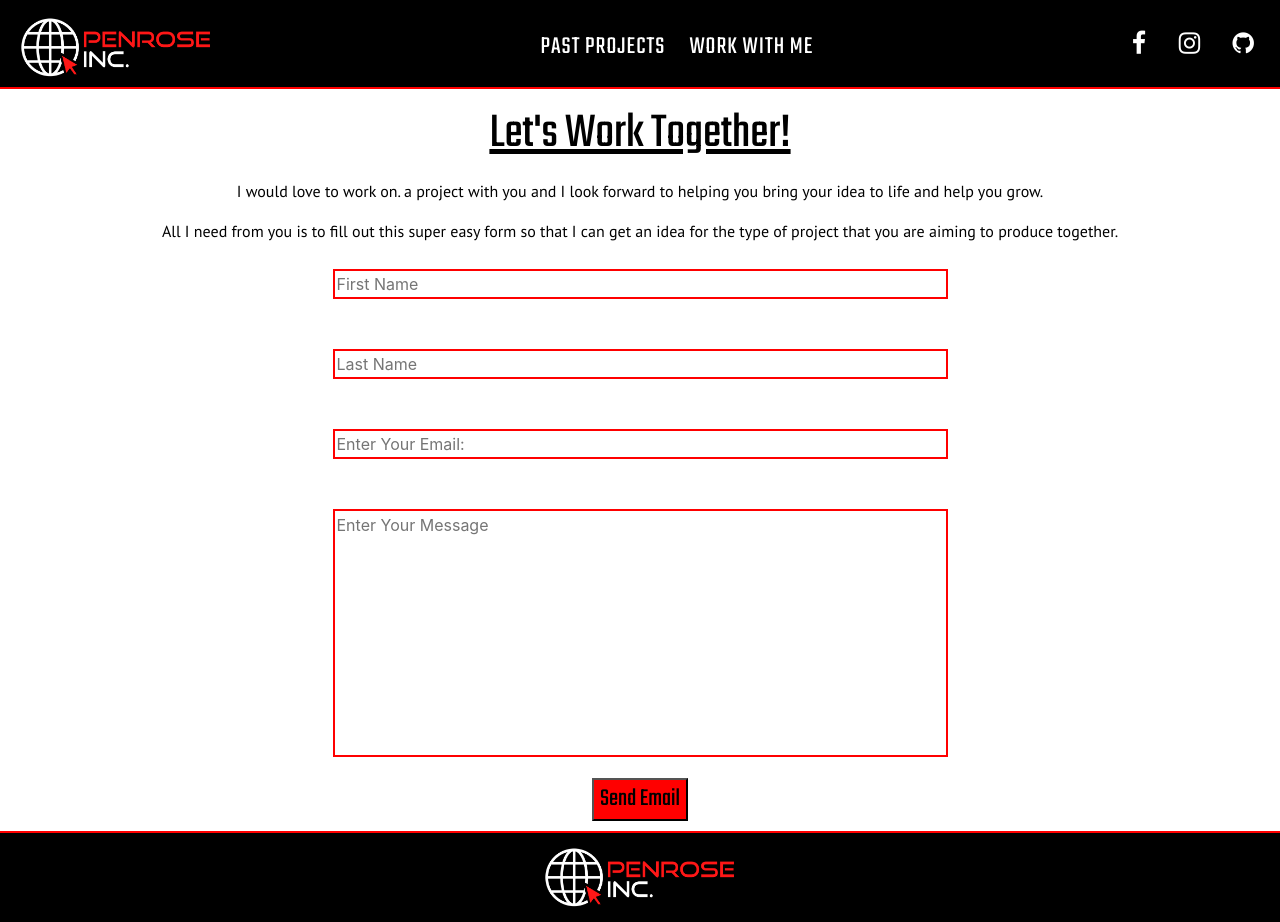
Repository: mrwillpenrose/penrose-inc
Page: work-with-me.html
The author's editor kept a record of every edit. The page is drawn from the files as they stood at one moment, then again after the next edit.
The browser window is 1280 px wide. The pictures show the whole page.
Some web libraries are served in a nearby version.

Above is the page before.

### work-with-me.html
<!DOCTYPE html>
<html lang="en">

<head>
    <meta charset="UTF-8">
    <meta name="viewport" content="width=device-width, initial-scale=1.0">
    <meta http-equiv="X-UA-Compatible" content="ie=edge">
    <title>Penrose Inc</title>
    <link rel="stylesheet" href="https://maxcdn.bootstrapcdn.com/bootstrap/4.0.0/css/bootstrap.min.css" integrity="sha384-Gn5384xqQ1aoWXA+058RXPxPg6fy4IWvTNh0E263XmFcJlSAwiGgFAW/dAiS6JXm" crossorigin="anonymous">
    <link rel="stylesheet" href="https://stackpath.bootstrapcdn.com/font-awesome/4.7.0/css/font-awesome.min.css" type="text/css" />
    <link href="https://fonts.googleapis.com/css2?family=PT+Sans&family=Teko&display=swap" rel="stylesheet">
    <link href="https://fonts.googleapis.com/css2?family=Teko&display=swap" rel="stylesheet">
    <link rel="stylesheet" href="css/style.css" type="text/css" />
</head>

<body>

    <!------------------NAV------------------------>


    <nav class="navbar navbar-expand-md navbar-dark bg-custom">
        <a href="index.html" class="navbar-brand">
            <img class="logo" src="assets/images/penrose-inc-logo.png" alt="Company Logo">
        </a>
        <button class="navbar-toggler" data-toggle="collapse" data-target="#navbarMenu">
            <span class="navbar-toggler-icon"></span>
        </button>
        <div class="collapse navbar-collapse" id="navbarMenu">
            <ul class="navbar-nav mx-auto">
                <li class="list-inline-item">
                    <a href="past-projects.html" class="nav-link menu-item">Past Projects</a>
                </li>
                <li class="list-inline-item">
                    <a href="work-with-me.html" class="nav-link menu-item">Work With Me</a>
                </li>
            </ul>
            <ul class="social">
                <li class="list-inline-item">
                    <a href="https://www.facebook.com/will.penrose.94" class="nav-link" target="_blank">
                        <i class="fa fa-facebook font-awesome-icon" aria-hidden="true"></i>
                        <span class="sr-only">Facebook</span>
                    </a>
                </li>
                <li class="list-inline-item">
                    <a href="#" class="nav-link" target="_blank">
                        <i class="fa fa-instagram font-awesome-icon" aria-hidden="true"></i>
                        <span class="sr-only">Instagram</span>
                    </a>
                </li>
                <li class="list-inline-item">
                    <a href="https://github.com/mrwillpenrose" class="nav-link" target="_blank">
                        <i class="fa fa-github font-awesome-icon" aria-hidden="true"></i>
                        <span class="sr-only">GitHub</span>
                    </a>
                </li>
            </ul>
        </div>
    </nav>


    <!----------------------MAIN CONTENT----------------------->


    <div class="container-fluid">
        <div class="row">
            <div class="col-12">
                <h1 class="page-heading">Let's Work Together!</h1>
                <p class="content-section">
                    I would love to work on. a project with you and I look forward to helping you bring your idea to life and help you grow.
                </p>
                <p class="content-section">
                    All I need from you is to fill out this super easy form so that I can get an idea for the type of project that you are aiming to produce together.
                </p>
                <form methed="post">
                    <input class="name" type="text" name="firstName" placeholder="First Name" required>
                    <input class="name" type="text" name="lastName" placeholder="Last Name" required><br>
                    <input class="email" type="email" name="email" placeholder="Enter Your Email:" required><br>
                    <textarea rows="10" name="message" placeholder="Enter Your Message"></textarea><br>
                    <button type="submit" name="submit">Send Email</button>
                </form>
            </div>
        </div>
    </div>

    <!----------------------FOOTER----------------------->

    <footer class="container-fluid">
        <div class="row">
            <div class="col-12">
                <img src="assets/images/penrose-inc-logo.png" alt="Company Logo"></img>
            </div>
        </div>
    </footer>


    <script src="https://code.jquery.com/jquery-3.2.1.slim.min.js" integrity="sha384-KJ3o2DKtIkvYIK3UENzmM7KCkRr/rE9/Qpg6aAZGJwFDMVNA/GpGFF93hXpG5KkN" crossorigin="anonymous"></script>
    <script src="https://cdnjs.cloudflare.com/ajax/libs/popper.js/1.12.9/umd/popper.min.js" integrity="sha384-ApNbgh9B+Y1QKtv3Rn7W3mgPxhU9K/ScQsAP7hUibX39j7fakFPskvXusvfa0b4Q" crossorigin="anonymous"></script>
    <script src="https://maxcdn.bootstrapcdn.com/bootstrap/4.0.0/js/bootstrap.min.js" integrity="sha384-JZR6Spejh4U02d8jOt6vLEHfe/JQGiRRSQQxSfFWpi1MquVdAyjUar5+76PVCmYl" crossorigin="anonymous"></script>
</body>

</html>

### css/style.css
body {
    padding: 0;
    margin: 0;
}

.content-section {
    font-family: "PT Sans", sans-serif;
    color: #000;
    text-align: center;
}

.page-heading {
    font-family: "Teko", sans-serif;
    font-size: 50px;
    color: #000;
    text-decoration: underline;
    margin-bottom: 15px;
    margin-top: 15px;
    text-align: center;
}


/* ----------------------------- NAV ------------------------*/

.bg-custom {
    background-color: #000;
}



.navbar {
    padding-bottom: 0px;
    border-bottom: 2px solid #FF0000;
}

.navbar-brand .logo {
    width: 200px;
    height: auto;
}



.navbar .navbar-nav .menu-item {
    font-family: "Teko", sans-serif;
    font-size: 25px;
    letter-spacing: 1px;
    color: #fff;
    text-transform: uppercase;
    text-align: center;
    -webkit-transition: ease-in-out 0.25s;
    -moz-transition: ease-in-out 0.25;
    -o-transition: ease-in-out 0.25s;
}

.navbar .navbar-nav .menu-item:hover {
    font-size: 30px;
    color: #FF0000;
}



.social {
    text-align: center;
    padding: 0;
}


.social .nav-link {
    padding-top: 10px;
    padding-bottom: 0px;
    padding-left: 10px;
    padding-right: 10px;
}

.font-awesome-icon {
    font-size: 25px;
    color: #fff;
    text-align: center;
    -webkit-transition: ease-in-out 0.2s;
    -moz-transition: ease-in-out 0.2s;
    -o-transition: ease-in-out 0.2s;
}

.font-awesome-icon:hover {

    font-size: 40px;
    color: #FF0000;
}


/* ----------------------------- FOOTER ------------------------*/

footer {
    text-align: center;
    padding: 10px 10px 10px 10px;
    margin: 0;
    background-color: #000;
    position: static;
    left: 0;
    bottom: 0;
    border-top: 2px solid #FF0000;
}


footer img {
    width: 200px;
    height: auto;
}



/* ----------------------------- HOME ------------------------*/

.jumbotron {
    font-family: "Teko", sans-serif;
    font-size: 40px;
    padding: 20px 20px 30px 20px;
    margin: 0;
    background-color: #fff;
    color: #000;
    text-align: center;
}


.index-image img {
    width: 100%;
    height: auto;
    border: 2px solid #FF0000;
}


ul .index-list {
    text-align: center;
}

/* ----------------------------- WORK WITH ME ------------------------*/


form {
    display: block;
    text-align: center;
    padding: 10px;
}

.name {
    width: 100%;
    height: auto;
    margin-bottom: 50px;

}

.email {
    width: 100%;
    height: auto;
    resize: none;
}

textarea {
    width: 100%;
    height: auto;
    margin-top: 50px;
    resize: none;
}

input, textarea {
    outline: none;
    border: 2px solid #FF0000;
}


form button {
    margin-top: 15px;
    background-color: #FF0000;
    font-family: "Teko", sans-serif;
    font-size: 25px;
}


/* ----------------------------- MEDIA QUERIES ------------------------*/

@media screen and (min-width: 768px) {
    .name, .email, textarea {
        width: 50%;
        height: auto;
    }
}

After the next edit:
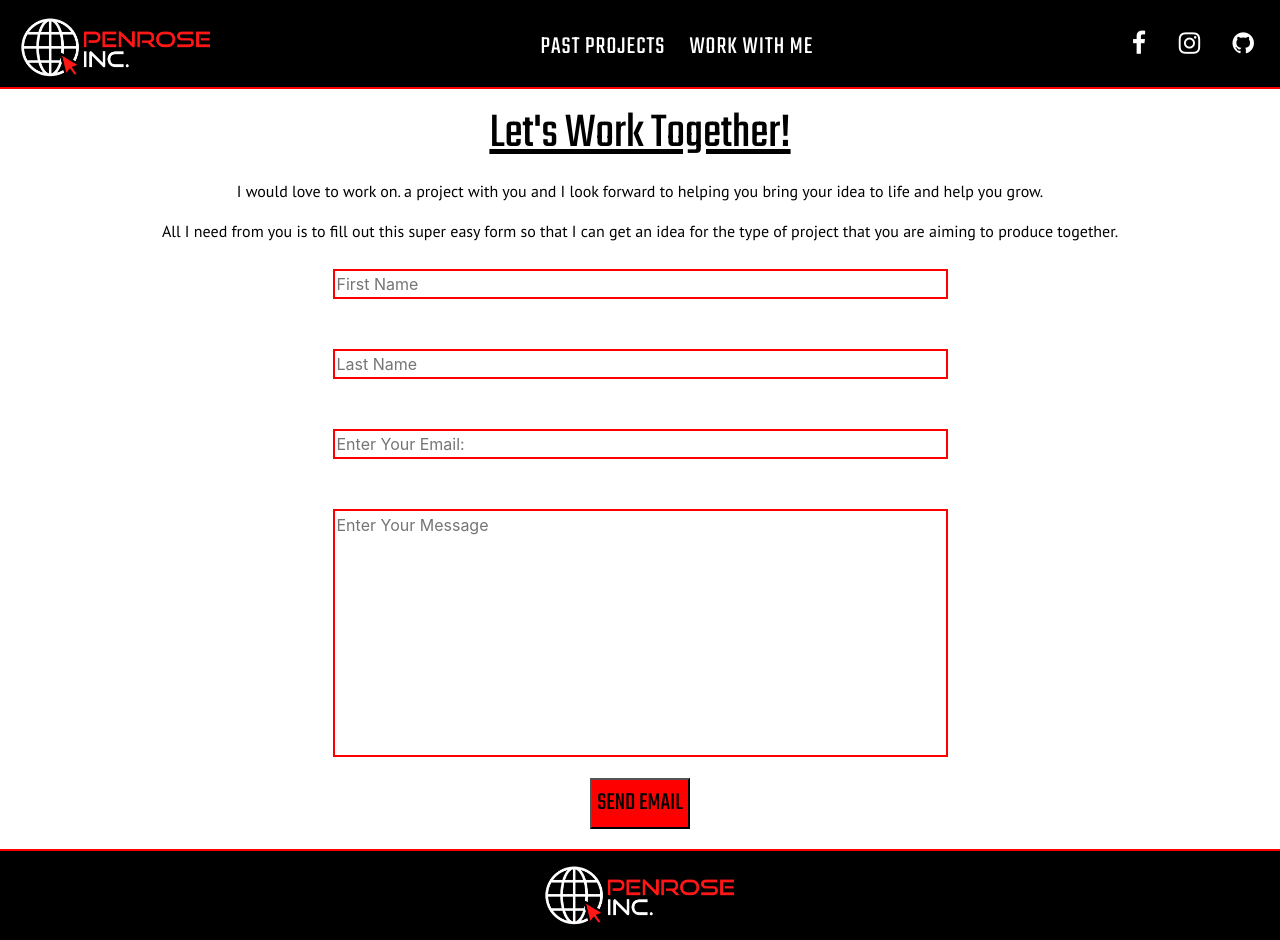
The edit:
--- a/css/style.css
+++ b/css/style.css
@@ -170,6 +170,10 @@
 
 form button {
     margin-top: 15px;
+    margin-bottom: 10px;
+    padding: 5px;
+    text-transform: uppercase;
+    text-align: center;
     background-color: #FF0000;
     font-family: "Teko", sans-serif;
     font-size: 25px;
